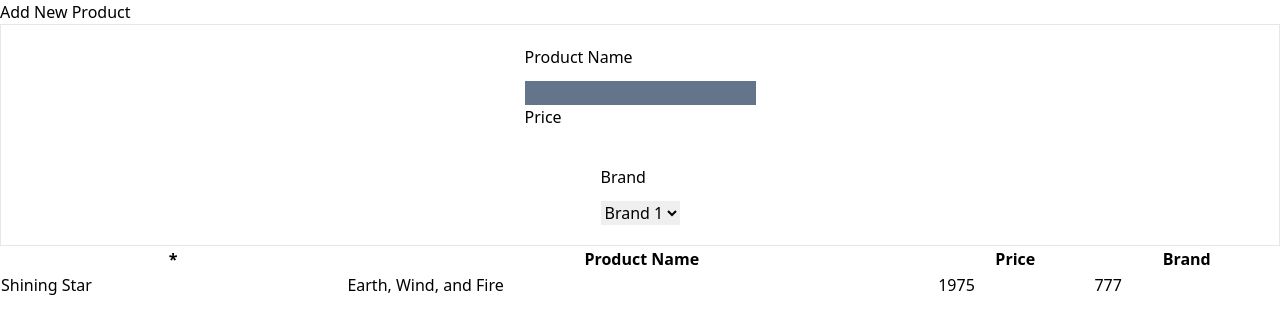
Repository: Semanmernstack/next-13-prisma-crud
Page: /product
These files come from the project's save history. The page is drawn as it stood at one moment and after the next save; the edit follows.
The browser window is 1280 px wide. The pictures show the whole page.
The project was rebuilt for these pictures with package versions that can differ from the ones it lists, and the page was loaded fresh each time. The framework's server and built-in components were replaced by stand-ins that run in the browser. Also part of the build but not shown: next.config.js.

Above is the page before, as saved 2023-06-01 00:48:57.

### app/layout.tsx
import './globals.css'
import { Inter } from 'next/font/google'



export const metadata = {
  title: 'Create Next App',
  description: 'Generated by create next app',
}

export default function RootLayout({
  children,
}: {
  children: React.ReactNode
}) {
  return (
    <html lang="en">
      <body className="">{children}</body>
    </html>
  )
}

### app/product/page.tsx
import React from 'react'
import AddPrisma from '../components/AddPrisma'

function page() {
  return (
    <div>
        <AddPrisma/>
        <table className="table w-full items-center">
        <thead>
          <tr className="items-center">
            <th>*</th>
            <th>Product Name</th>
            <th>Price</th>
            <th>Brand</th>
          </tr>
        </thead>
        <tbody>

          <tr>
            <td>Shining Star</td>
            <td>Earth, Wind, and Fire</td>
            <td>1975</td>
            <td>777</td>
          </tr>
        </tbody>
      </table>



    </div>
  )
}

export default page

### app/components/AddPrisma.tsx
"use client"
import React, { useState } from 'react'

function AddPrisma() {
    const [product, setProduct] = useState("");
    const [price, setPrice] = useState("")
    const [brand, setBrand] = useState("")
    const [open, setOpen] = useState(true)

    const handleOpen = () => {
        setOpen(false)
    }
  return (
    <div>
        <button onClick={handleOpen}>Add New Product</button>
        <form className=" flex flex-col items-center justify-center border max-w-8xl decoration-slate-400 p-5 z-50" >
            <div className='flex flex-col space-y-3'>
                <label>Product Name</label>
                <input className='w-full bg-slate-500 outline-none' type="text" value={product} onChange={(e) => setProduct(e.target.value)} />
            </div>
            <div className='flex flex-col space-y-3'>
                <label >Price</label>
                <input type="text" value={price} onChange={(e) => setPrice(e.target.value)} />
            </div>
            <div className='flex flex-col space-y-3'  >
                <label>Brand</label>
                <select value={brand} onChange={(e) => setBrand(e.target.value)} >
                    <option value="" disabled>Brand 1</option>
                    <option value="">Brand 2</option>
                </select>
            </div>



        </form>
    </div>

  )
}

export default AddPrisma

Loaded but not shown: app/globals.css (common file); tailwind.config.js (common file)

After the next save:
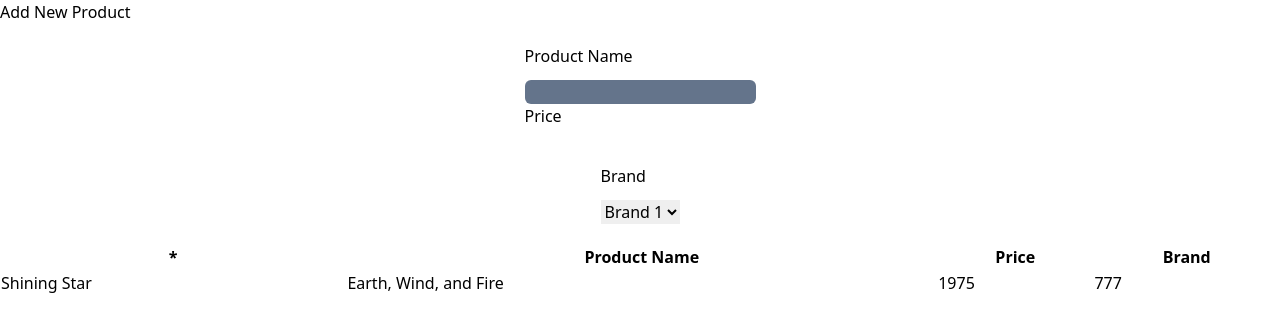
Saved 103 s later.
--- a/app/components/AddPrisma.tsx
+++ b/app/components/AddPrisma.tsx
@@ -11,12 +11,12 @@
         setOpen(false)
     }
   return (
-    <div>
+    <div className='max-w-8xl mx-auto'>
         <button onClick={handleOpen}>Add New Product</button>
-        <form className=" flex flex-col items-center justify-center border max-w-8xl decoration-slate-400 p-5 z-50" >
+        <form className=" flex flex-col items-center justify-center  decoration-slate-400 p-5 z-50" >
             <div className='flex flex-col space-y-3'>
                 <label>Product Name</label>
-                <input className='w-full bg-slate-500 outline-none' type="text" value={product} onChange={(e) => setProduct(e.target.value)} />
+                <input className='w-full bg-slate-500 rounded-md outline-none' type="text" value={product} onChange={(e) => setProduct(e.target.value)} />
             </div>
             <div className='flex flex-col space-y-3'>
                 <label >Price</label>
